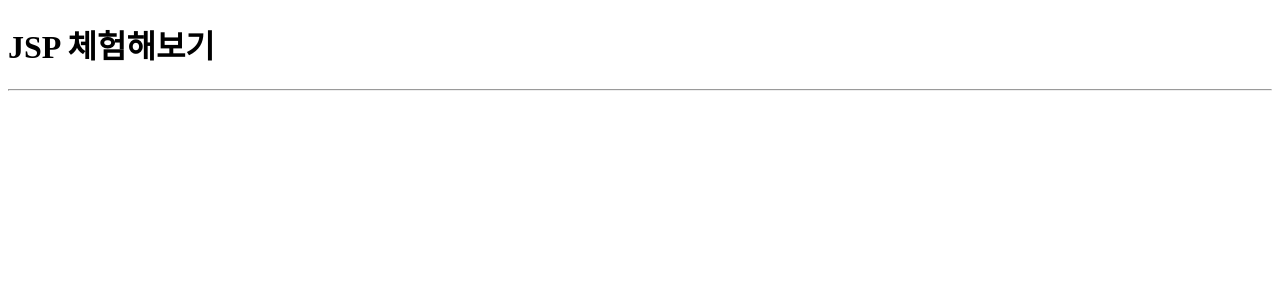
Repository: vhswo/jsp-work
Page: http://localhost/cos/
An editor plug-in stored every save of this project. The page is shown before and after the next save, followed by the edit.
The browser window is 1280 px wide. The pictures show the whole page.
The page is served by Tomcat 9. Other server files are loaded and not shown.

Above is the page before, as saved 2020-08-08 07:13:27.

### cos/WebContent/index.jsp
<%@ page language="java" contentType="text/html; charset=UTF-8"
    pageEncoding="UTF-8"%>
<!DOCTYPE html>
<html>
<head>
<meta charset="UTF-8">
<title>첫번째 JSP</title>
</head>
<body>
<h1>JSP 체험해보기</h1>
<hr/>
<%
	int num = 30;
%>
</body>
</html>

After the next save:
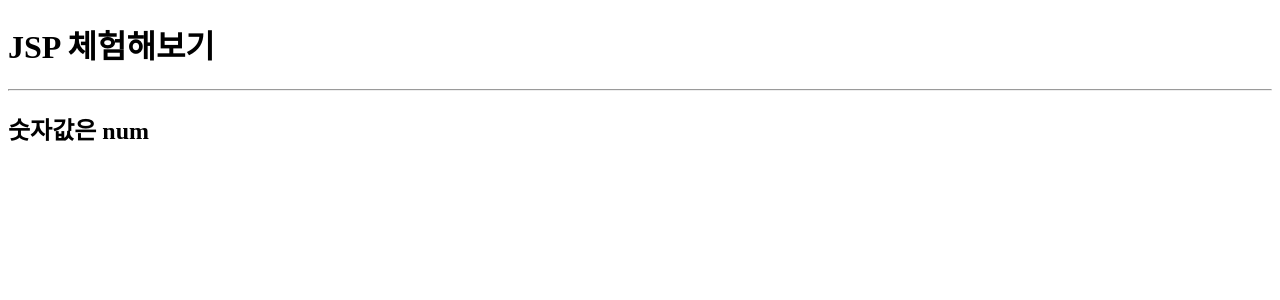
Saved 2 min 26 s later.
--- a/cos/WebContent/index.jsp
+++ b/cos/WebContent/index.jsp
@@ -7,10 +7,11 @@
 <title>첫번째 JSP</title>
 </head>
 <body>
-<h1>JSP 체험해보기</h1>
+<h1>JSP 체험해보기 </h1>
 <hr/>
 <%
 	int num = 30;
 %>
+<h2>숫자값은 num</h2>
 </body>
 </html>
